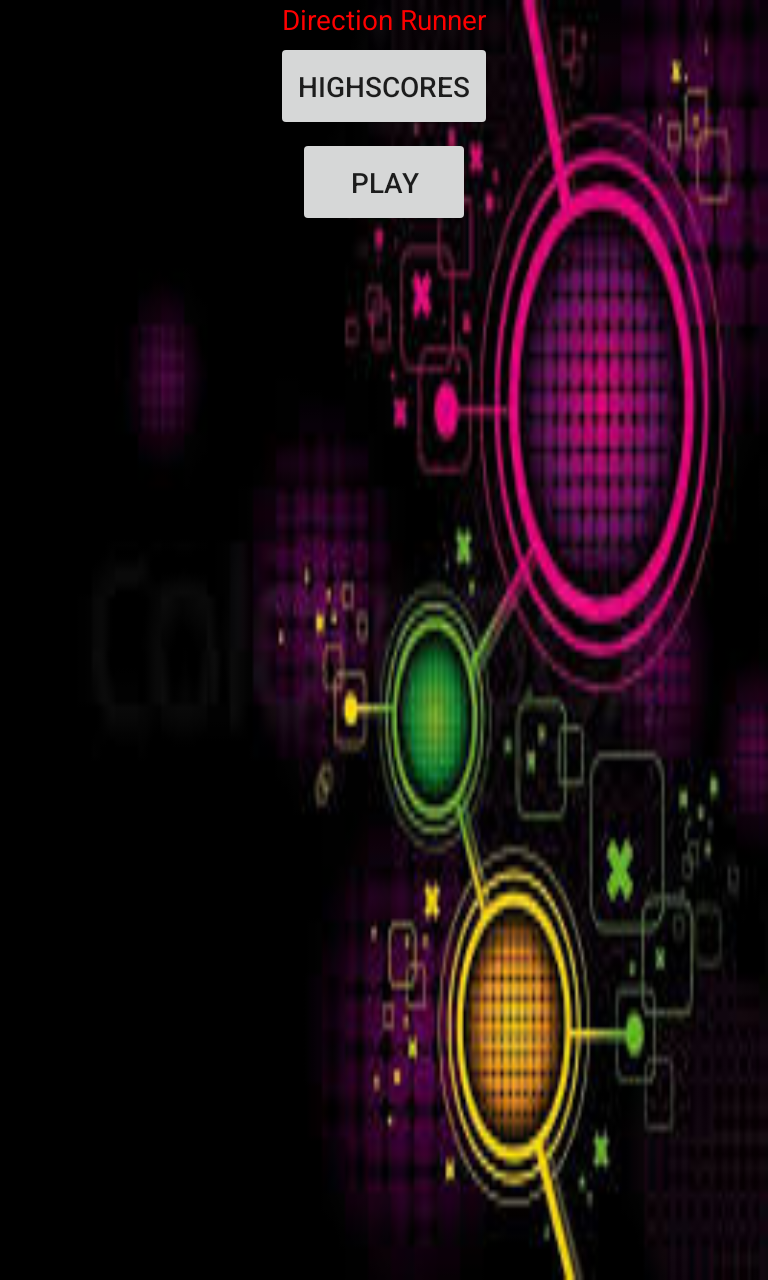
Repository: RedJaVa68/DirectionRunner
Layout: DirectionRunner/res/layout/activity_main.xml
The author's editor kept a copy of each file at every save. The layout is drawn from the files as they stood at one save, then again after the next save.
It is drawn on a 768 x 1280 px phone screen (xhdpi) without system bars, with theme AppTheme; the app's code is not run.

Above is the layout before, as saved 2015-05-06 01:07:11.

After the next save:
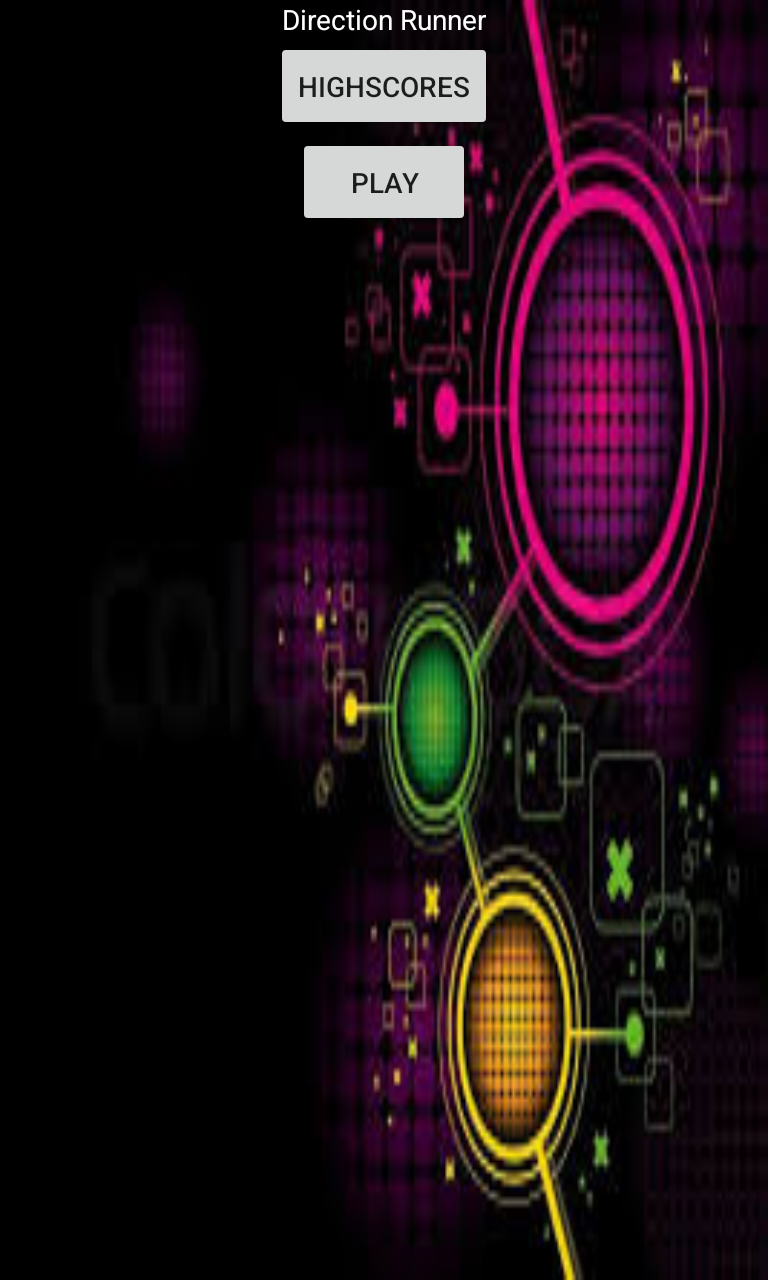
Saved 29 s later.
--- a/DirectionRunner/res/layout/activity_main.xml
+++ b/DirectionRunner/res/layout/activity_main.xml
@@ -10,7 +10,7 @@
         android:layout_width="wrap_content"
         android:layout_height="wrap_content"
         android:text="Direction Runner"
-        android:textColor="#ff0000"/>
+        android:textColor="#ffffff"/>
     <Button
         android:id="@+id/statsButton"
        	android:layout_width="wrap_content"
